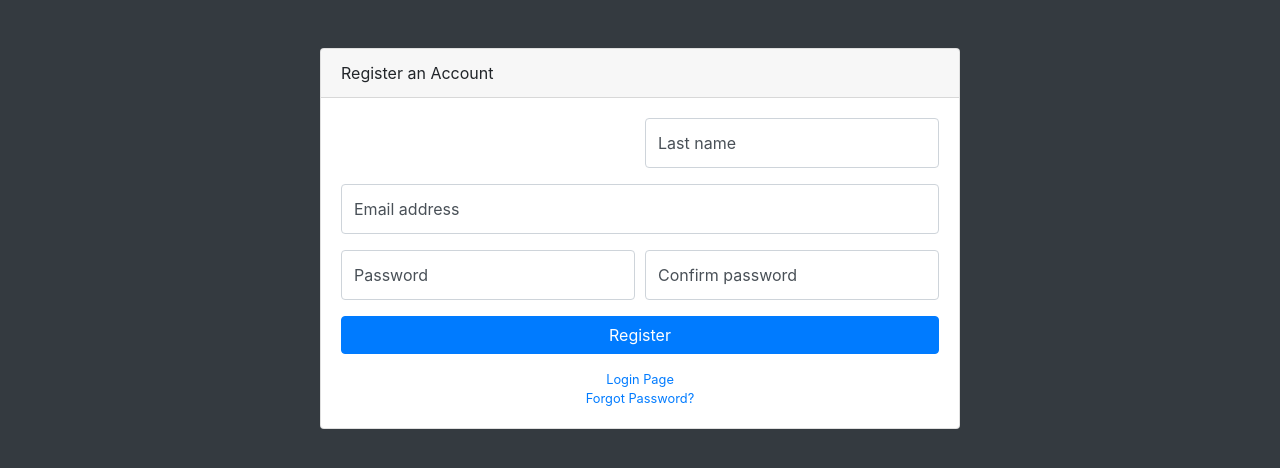
Repository: Map2g/GroupMeet
Page: register.html
The author's editor kept a record of every edit. The page is drawn from the files as they stood at one moment, then again after the next edit.
The browser window is 1280 px wide. The pictures show the whole page.

Above is the page before.

### register.html
<!DOCTYPE html>
<html lang="en">

<head>

  <meta charset="utf-8">
  <meta http-equiv="X-UA-Compatible" content="IE=edge">
  <meta name="viewport" content="width=device-width, initial-scale=1, shrink-to-fit=no">
  <meta name="description" content="">
  <meta name="author" content="">

  <title>SB Admin - Register</title>

  <!-- Custom fonts for this template-->
  <link href="vendor/fontawesome-free/css/all.min.css" rel="stylesheet" type="text/css">

  <!-- Custom styles for this template-->
  <link href="css/sb-admin.css" rel="stylesheet">

</head>

<body class="bg-dark">
<form action = "register.php" method = "post">
  <div class="container">
    <div class="card card-register mx-auto mt-5">
      <div class="card-header">Register an Account</div>
      <div class="card-body">
        <form>
          <div class="form-group">
            <div class="form-row">
              <div class="col-md-6">
                <div class="form-label-group">
                  <form action = "register.php" method = "post"></form>
                  <!--<input type="text" id="firstName" class="form-control" placeholder="First name" required="required" autofocus="autofocus">-->
                  <!--<label for="firstName">First name</label>-->
                </div>
              </div>
              <div class="col-md-6">
                <div class="form-label-group">
                  <input type="text" id="lastName" class="form-control" placeholder="Last name" required="required">
                  <label for="lastName">Last name</label>
                </div>
              </div>
            </div>
          </div>
          <div class="form-group">
            <div class="form-label-group">
              <input type="email" id="inputEmail" class="form-control" placeholder="Email address" required="required">
              <label for="inputEmail">Email address</label>
            </div>
          </div>
          <div class="form-group">
            <div class="form-row">
              <div class="col-md-6">
                <div class="form-label-group">
                  <input type="password" id="inputPassword" class="form-control" placeholder="Password" required="required">
                  <label for="inputPassword">Password</label>
                </div>
              </div>
              <div class="col-md-6">
                <div class="form-label-group">
                  <input type="password" id="confirmPassword" class="form-control" placeholder="Confirm password" required="required">
                  <label for="confirmPassword">Confirm password</label>
                </div>
              </div>
            </div>
          </div>
          <a class="btn btn-primary btn-block" href="login.html">Register</a>
        </form>
        <div class="text-center">
          <a class="d-block small mt-3" href="login.html">Login Page</a>
          <a class="d-block small" href="forgot-password.html">Forgot Password?</a>
        </div>
      </div>
    </div>
  </div>

  <!-- Bootstrap core JavaScript-->
  <script src="vendor/jquery/jquery.min.js"></script>
  <script src="vendor/bootstrap/js/bootstrap.bundle.min.js"></script>

  <!-- Core plugin JavaScript-->
  <script src="vendor/jquery-easing/jquery.easing.min.js"></script>
</form>
</body>

</html>

Loaded but not shown: vendor/fontawesome-free/css/all.min.css (library); css/sb-admin.css (library); vendor/jquery/jquery.min.js (library); vendor/bootstrap/js/bootstrap.bundle.min.js (library); vendor/jquery-easing/jquery.easing.min.js (common file)

After the next edit:
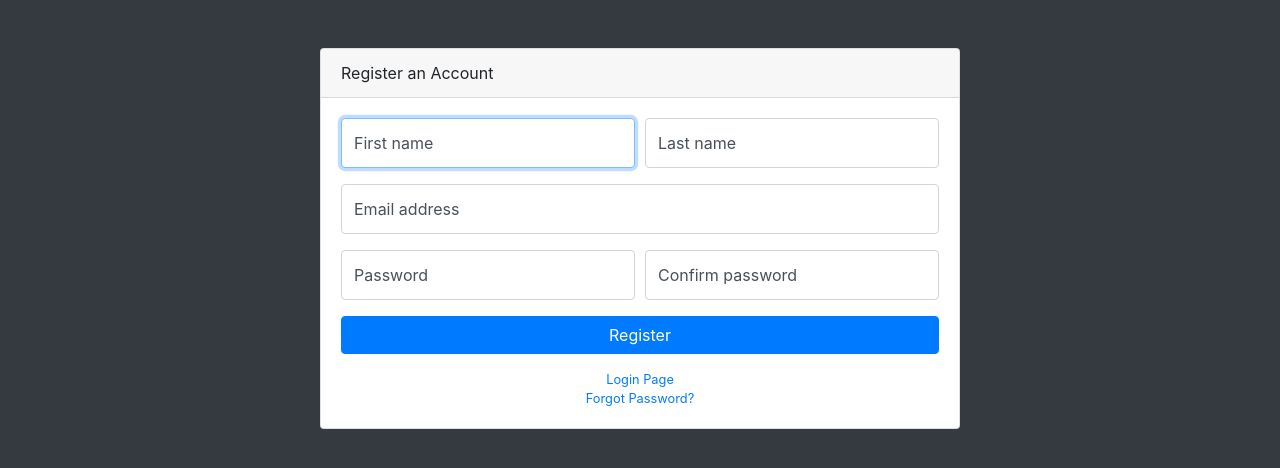
The edit:
--- a/register.html
+++ b/register.html
@@ -30,9 +30,9 @@
             <div class="form-row">
               <div class="col-md-6">
                 <div class="form-label-group">
-                  <form action = "register.php" method = "post"></form>
-                  <!--<input type="text" id="firstName" class="form-control" placeholder="First name" required="required" autofocus="autofocus">-->
-                  <!--<label for="firstName">First name</label>-->
+                   <input type="text" name="fname" class="form-control" placeholder=" " required="required" autofocus="autofocus">
+                      <!--first_name: <input type = "text" name = "fname">-->
+                  <label for="firstName">First name</label>
                 </div>
               </div>
               <div class="col-md-6">
